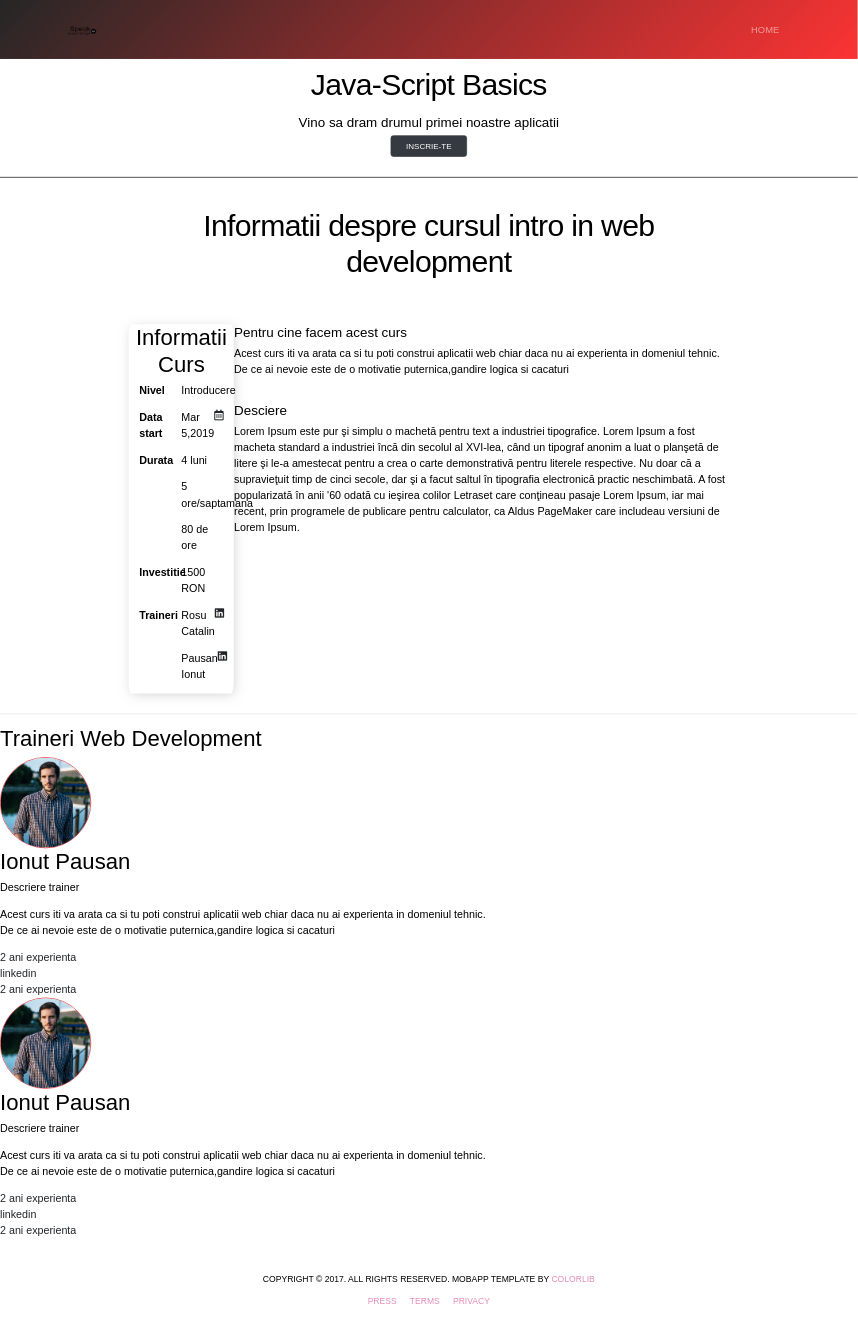
Repository: RosuCatalinDorin/ITSchool
Page: detaliiCurs/views/detalii-curs.html
These files come from the project's save history. The page is drawn as it stood at one moment and after the next save; the edit follows.
The browser window is 1280 px wide. The pictures show the whole page, at 67% of full size.
Some web libraries are served in a nearby version.

Above is the page before, as saved 2019-03-12 07:06:35.

After the next save:
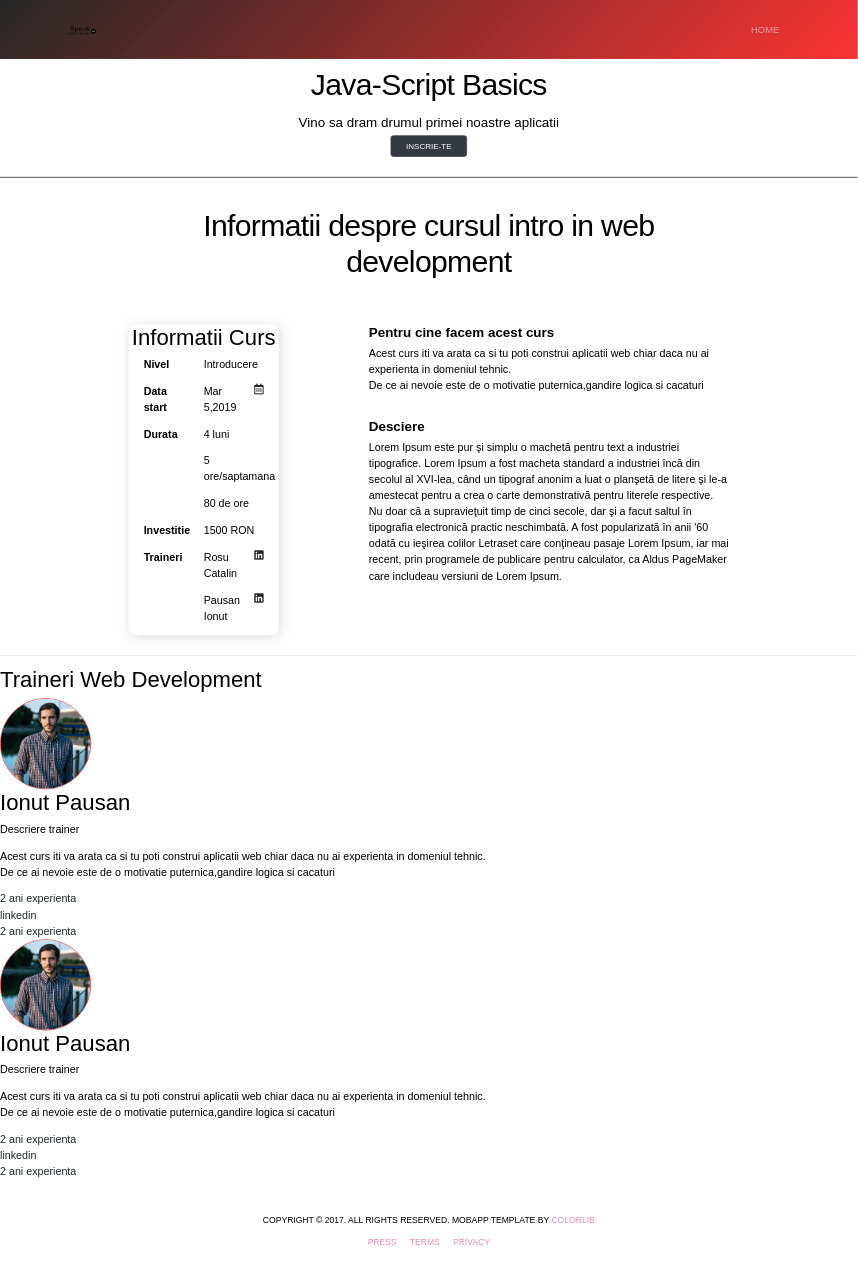
Saved 17 s later.
--- a/detaliiCurs/views/detalii-curs.html
+++ b/detaliiCurs/views/detalii-curs.html
@@ -124,7 +124,7 @@
                 </div>
             </div>
         </div>
-        <div class="sectiune-detalii">
+        <div class="descriere-curs">
             <!-- put text into variables -->
                 <div class="descriere-cui-se-adreseaza">
                     <h4>Pentru cine facem acest curs</h4>
